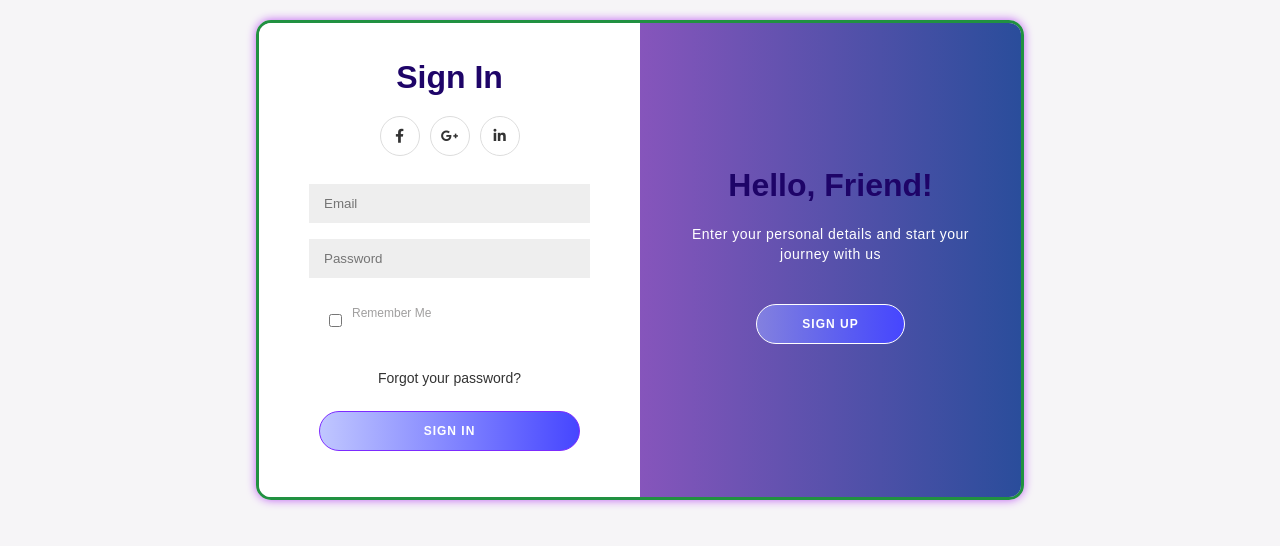
Repository: Zulfiyya077/InternIntelligence_LoginPage
Page: /
These files come from the project's save history. The page is drawn as it stood at one moment and after the next save; the edit follows.
The browser window is 1280 px wide. The pictures show the whole page.
The project was rebuilt for these pictures with package versions that can differ from the ones it lists, and the page was loaded fresh each time. Also part of the build but not shown: vite.config.js.

Above is the page before, as saved 2025-02-02 07:42:50.

After the next save:
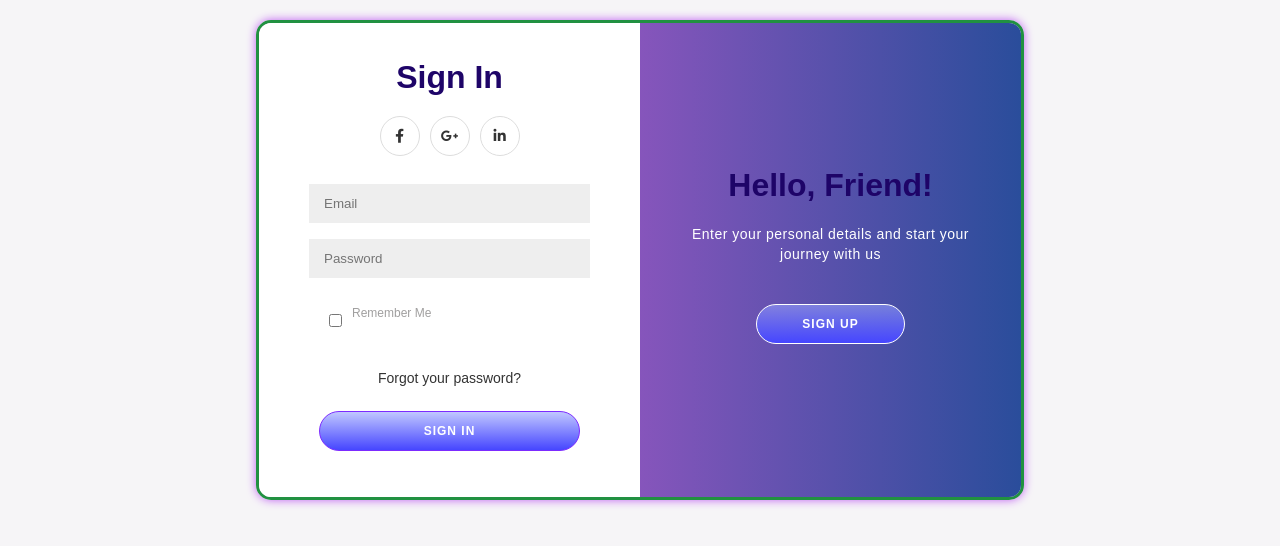
Saved 7 s later.
--- a/src/components/SignInUpForm.module.css
+++ b/src/components/SignInUpForm.module.css
@@ -55,7 +55,7 @@
     border-radius: 20px;
     border: 1px solid #7c2bff;
     background: rgb(186,63,251);
-background: linear-gradient(270deg, rgb(70, 70, 255) 0%, rgba(149, 160, 255, 0.591) 100%);
+background: linear-gradient(360deg, rgb(70, 70, 255) 0%, rgba(149, 160, 255, 0.591) 100%);
     color: #FFFFFF;
     font-size: 12px;
     font-weight: bold;
